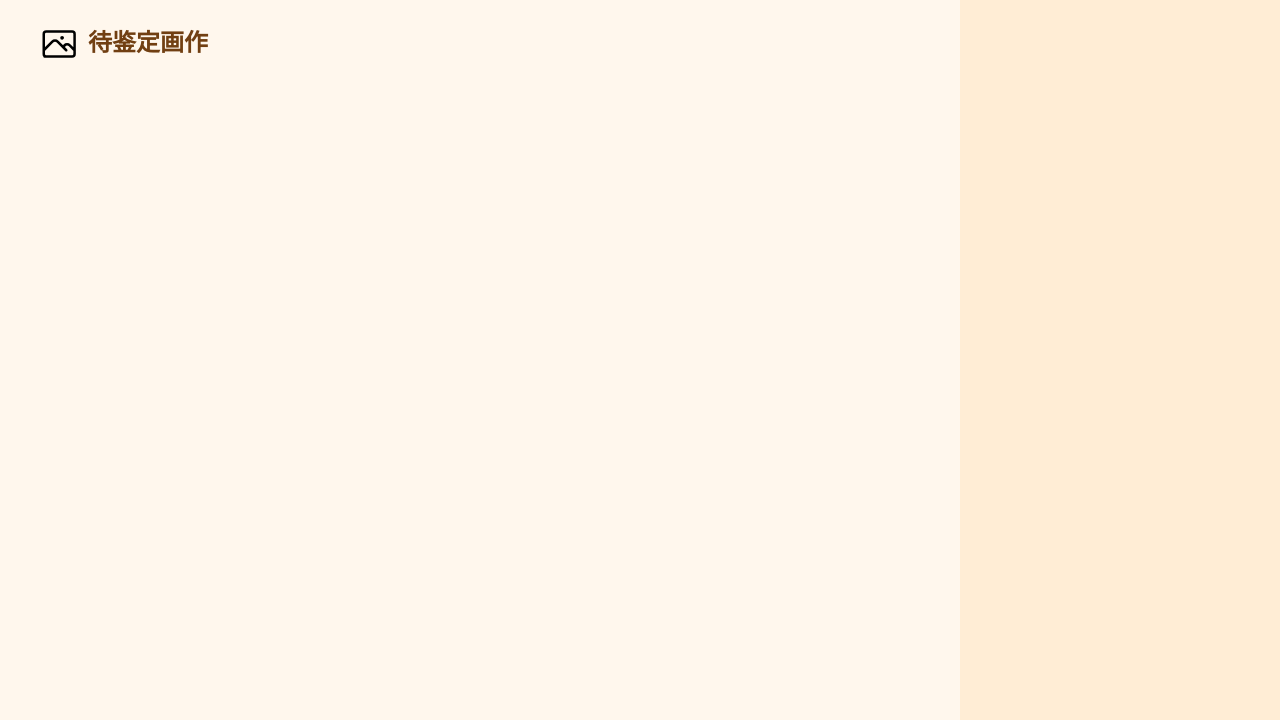
Repository: gaosth/Eyesee
Page: /dtail
An editor plug-in stored every save of this project. The page is shown before and after the next save, followed by the edit.
The browser window is 1280 px wide. The pictures show the whole page.
The project was rebuilt for these pictures with package versions that can differ from the ones it lists, and the page was loaded fresh each time. Also part of the build but not shown: vite.config.js, src/components/WelcomeItem.vue, src/components/icons/IconDocumentation.vue, src/components/icons/IconTooling.vue, src/components/icons/IconEcosystem.vue, src/components/icons/IconCommunity.vue, src/components/icons/IconSupport.vue, src/components/TheWelcome.vue and 5 more.

Above is the page before, as saved 2024-03-15 11:48:48.

After the next save:
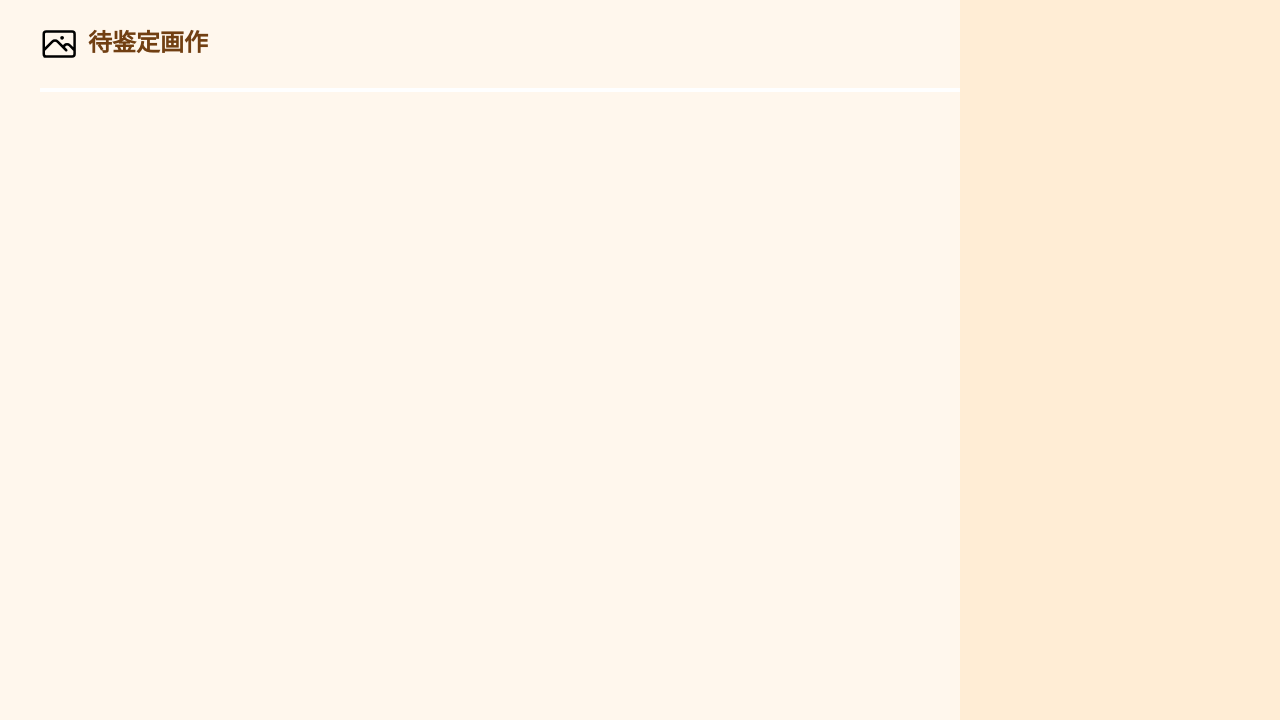
Saved 3 min 34 s later.
--- a/src/views/DetailView.vue
+++ b/src/views/DetailView.vue
@@ -11,7 +11,7 @@
                     待鉴定画作
                 </div>
             </div>
-            <div class = "flex ml-10 mt-6">
+            <div class = "ml-10 mt-6">
                 <div class = "h-1 w-100 bg-white">
 
                 </div>

After the save that followed:
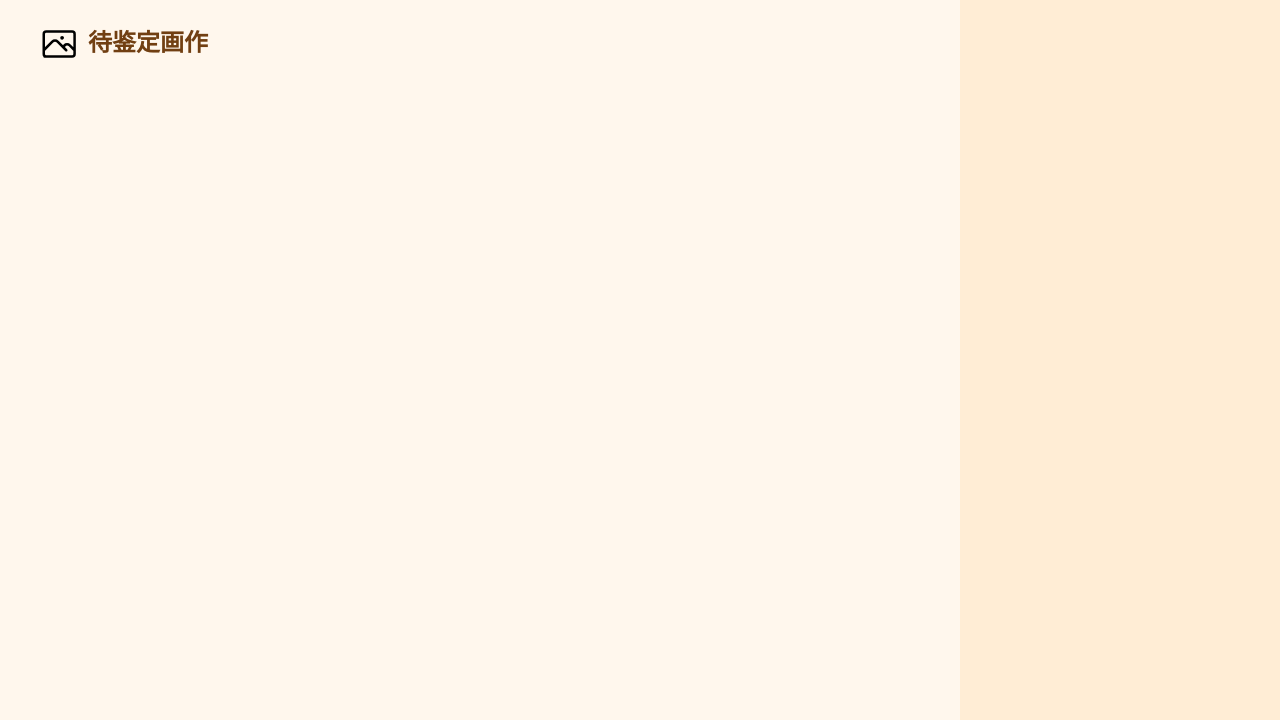
Saved 6 s later.
--- a/src/views/DetailView.vue
+++ b/src/views/DetailView.vue
@@ -12,7 +12,7 @@
                 </div>
             </div>
             <div class = "ml-10 mt-6">
-                <div class = "h-1 w-100 bg-white">
+                <div class = "h-100 w-100 bg-white">
 
                 </div>
             </div>
